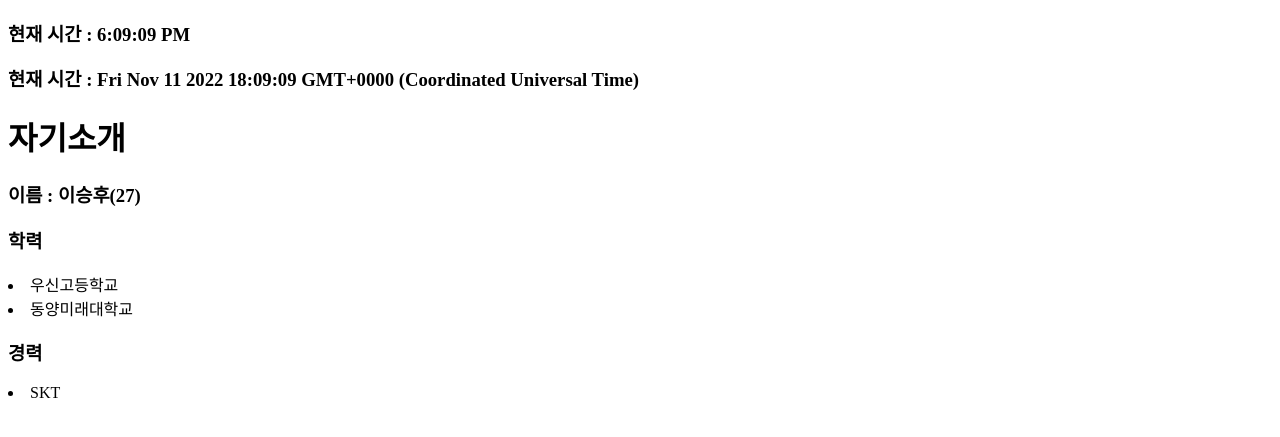
Repository: pooh2s/blog
Page: /
These files come from the project's save history. The page is drawn as it stood at one moment and after a run of saves; the edit follows.
The browser window is 1280 px wide. The pictures show the whole page.
The project was rebuilt for these pictures with package versions that can differ from the ones it lists, and the page was loaded fresh each time.

Above is the page before, as saved 2022-11-11 19:47:39.

### src/App.tsx
import React, { useEffect, useState } from "react";
import { BrowserRouter as Router, Routes, Route, Link } from "react-router-dom";

function App() {
  const [time, setTime] = useState(new Date());
  const timer = setInterval(() => {
    setTime(new Date());
  }, 1000);

  useEffect(() => {
    return () => {
      clearInterval(timer);
    };
  }, [timer]);

  return (
    <div>
      <h3>현재 시간 : {time.toLocaleTimeString()}</h3>
      <h3>현재 시간 : {time.toString()}</h3>

      <h1>자기소개</h1>
      <h3>이름 : 이승후(27)</h3>
      <h3>학력</h3>
      <>
        <li>우신고등학교</li>
        <li>동양미래대학교</li>
      </>
      <h3>경력</h3>
      <>
        <li>SKT</li>
      </>
    </div>
  );
}

const Resume = () => {
  return <></>;
};

const Portfolio = () => {
  return <></>;
};

export default App;

Loaded but not shown: public/index.html (common file); src/index.tsx (common file); src/reportWebVitals.ts (common file)

After the next 3 saves:
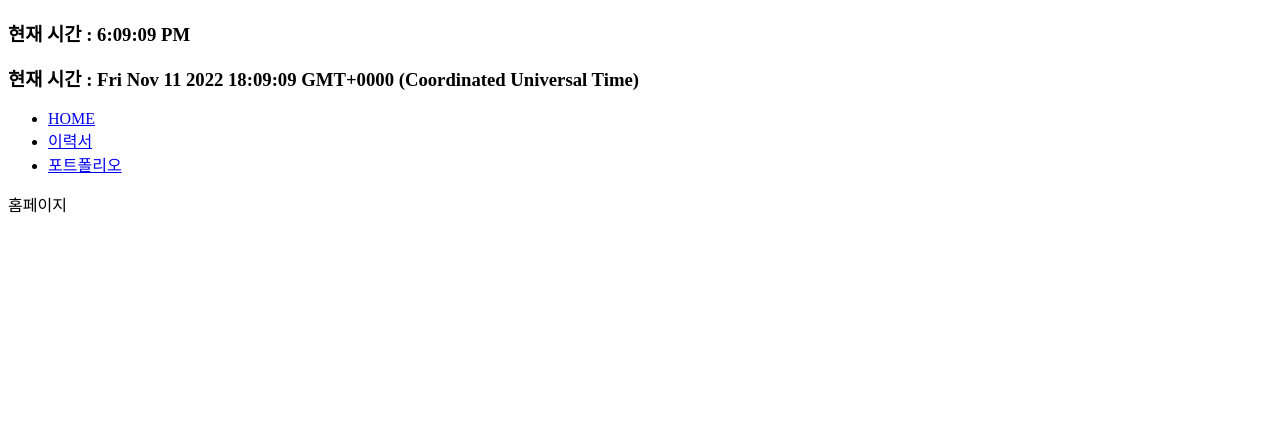
The 3 saves are shown as one change because 1 did not build or start and some came seconds apart.
The last was saved 14 min 54 s later.
--- a/src/App.tsx
+++ b/src/App.tsx
@@ -14,27 +14,59 @@ function App() {
   }, [timer]);
 
   return (
-    <div>
+    <>
       <h3>현재 시간 : {time.toLocaleTimeString()}</h3>
       <h3>현재 시간 : {time.toString()}</h3>
+      <Router>
+        <div>
+          <nav>
+            <ul>
+              <li>
+                <Link to="/"> HOME</Link>
+              </li>
+              <li>
+                <Link to="/resume"> 이력서</Link>
+              </li>
+              <li>
+                <Link to="/portfolio"> 포트폴리오</Link>
+              </li>
+            </ul>
+          </nav>
+          <Routes>
+            <Route path="/portfolio" element={<Portfolio />} />
 
-      <h1>자기소개</h1>
-      <h3>이름 : 이승후(27)</h3>
-      <h3>학력</h3>
-      <>
-        <li>우신고등학교</li>
-        <li>동양미래대학교</li>
-      </>
-      <h3>경력</h3>
-      <>
-        <li>SKT</li>
-      </>
-    </div>
+            <Route path="/resume" element={<Resume />} />
+
+            <Route path="/" element={<HOME />} />
+          </Routes>
+        </div>
+      </Router>
+    </>
   );
 }
 
+const HOME = () => {
+  return <>홈페이지</>;
+};
+
 const Resume = () => {
-  return <></>;
+  return (
+    <>
+      <div>
+        <h1>자기소개</h1>
+        <h3>이름 : 이승후(27)</h3>
+        <h3>학력</h3>
+        <>
+          <li>우신고등학교</li>
+          <li>동양미래대학교</li>
+        </>
+        <h3>경력</h3>
+        <>
+          <li>SKT</li>
+        </>
+      </div>
+    </>
+  );
 };
 
 const Portfolio = () => {
